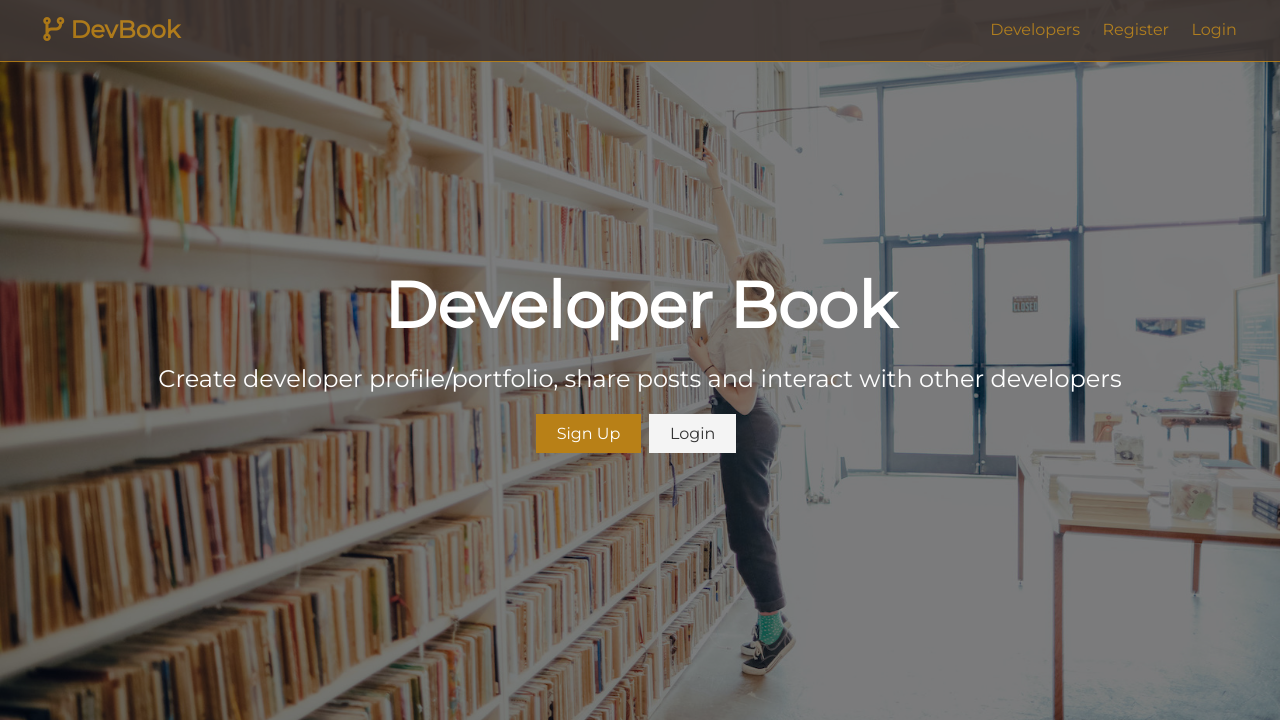
Repository: devnight0913/skechbook
Page: / (app in client/)
The author's editor kept a copy of each file at every save. The page is drawn from the files as they stood at one save, then again after the next save.
The browser window is 1280 px wide. The pictures show the whole page.
Some web libraries are served in a nearby version. The project was rebuilt for these pictures with package versions that can differ from the ones it lists, and the page was loaded fresh each time. Also part of the build but not shown: client/src/components/auth/Login.js, client/src/components/auth/Register.js, client/src/components/dashboard/DashboardActions.js, client/src/actions/profile.js, client/src/utils/formatDate.js, client/src/components/dashboard/Experience.js, client/src/components/dashboard/Education.js, client/src/components/dashboard/Dashboard.js and 21 more.

Above is the page before, as saved 2023-07-23 09:09:50.

### client/public/index.html
<!DOCTYPE html>
<html lang="en">
  <head>
    <meta charset="utf-8" />
    <link rel="icon" href="%PUBLIC_URL%/favicon.ico" />
    <meta name="viewport" content="width=device-width, initial-scale=1" />
    <meta name="theme-color" content="#000000" />
    <meta
      name="description"
      content="Web site created using create-react-app"
    />
    <link rel="apple-touch-icon" href="%PUBLIC_URL%/logo192.png" />

    <!-- Font Awesome Kit -->
    <script
      src="https://kit.fontawesome.com/9cd49f9282.js"
      crossorigin="anonymous"
    ></script>

    <link rel="manifest" href="%PUBLIC_URL%/manifest.json" />
    <title>Welcome to DevBook</title>
  </head>
  <body>
    <noscript>You need to enable JavaScript to run this app.</noscript>
    <div id="root"></div>
  </body>
</html>

### client/src/index.js
import { render } from 'react-dom';

import App from './App';

render(<App />, document.getElementById('root'));

### client/src/components/layout/Navbar.js
import { Link } from 'react-router-dom';
import { connect } from 'react-redux';
import PropTypes from 'prop-types';

import { logout } from '../../actions/auth';

const Navbar = ({ auth: { isAuthenticated, loading }, logout }) => {
  const authLinks = (
    <ul>
      <li>
        <Link to='/profiles'>Developers</Link>
      </li>

      <li>
        <Link to='/posts'>Posts</Link>
      </li>

      <li>
        <Link to='/dashboard'>
          <i className='fas fa-user'></i>{' '}
          <span className='hide-sm'>Dashboard</span>
        </Link>
      </li>

      <li>
        <a onClick={logout} href='#!'>
          <i className='fas fa-sign-out-alt'></i>{' '}
          <span className='hide-sm'>Logout</span>
        </a>
      </li>
    </ul>
  );

  const guestLinks = (
    <ul>
      <li>
        <Link to='/profiles'>Developers</Link>
      </li>

      <li>
        <Link to='/register'>Register</Link>
      </li>

      <li>
        <Link to='/login'>Login</Link>
      </li>
    </ul>
  );

  return (
    <nav className='navbar bg-dark'>
      <h1>
        <Link to='/'>
          <i className='fas fa-code-branch' /> DevBook
        </Link>
      </h1>

      {!loading && <>{isAuthenticated ? authLinks : guestLinks}</>}
    </nav>
  );
};

Navbar.propTypes = {
  logout: PropTypes.func.isRequired,
  auth: PropTypes.object.isRequired,
};

const mapStateToProps = (state) => ({ auth: state.auth });

export default connect(mapStateToProps, { logout })(Navbar);

### client/src/components/layout/Landing.js
import { Link, Navigate } from 'react-router-dom';
import { connect } from 'react-redux';
import PropTypes from 'prop-types';

const Landing = ({ isAuthenticated }) => {
  if (isAuthenticated) {
    return <Navigate to='/dashboard' />;
  }

  return (
    <section className='landing'>
      <div className='dark-overlay'>
        <div className='landing-inner'>
          <h1 className='x-large'>Developer Book</h1>

          <p className='lead'>
            Create developer profile/portfolio, share posts and interact with
            other developers
          </p>

          <div className='buttons'>
            <Link to='/register' className='btn btn-primary'>
              Sign Up
            </Link>

            <Link to='/login' className='btn'>
              Login
            </Link>
          </div>
        </div>
      </div>
    </section>
  );
};

Landing.propTypes = {
  isAuthenticated: PropTypes.bool,
};

const mapStateToProps = (state) => ({
  isAuthenticated: state.auth.isAuthenticated,
});

export default connect(mapStateToProps)(Landing);

### client/src/components/layout/Alert.js
import PropTypes from 'prop-types';
import { connect } from 'react-redux';

const Alert = ({ alerts }) => (
  <div className='alert-wrapper'>
    {alerts.map((alert) => (
      <div key={alert.id} className={`alert alert-${alert.alertType}`}>
        {alert.msg}
      </div>
    ))}
  </div>
);

Alert.propTypes = {
  alerts: PropTypes.array.isRequired,
};

const mapStateToProps = (state) => ({ alerts: state.alert });

export default connect(mapStateToProps)(Alert);

### client/src/store.js
import { createStore, applyMiddleware } from 'redux';
import { composeWithDevTools } from 'redux-devtools-extension';
import thunk from 'redux-thunk';

import rootReducer from './reducers';
import setAuthToken from './utils/setAuthToken';

const initialState = {};
const middleware = [thunk];

// TODO: default export store
export const store = createStore(
  rootReducer,
  initialState,
  composeWithDevTools(applyMiddleware(...middleware))
);

/*
  NOTE: set up a store subscription listener
  to store the users token in localStorage
 */

/*
  initialize current state from redux store for subscription comparison
  preventing undefined error
 */
let currentState = store.getState();

store.subscribe(() => {
  // keep track of the previous and current state to compare changes
  let previousState = currentState;
  currentState = store.getState();
  // if the token changes set the value in localStorage and axios headers
  if (previousState.auth.token !== currentState.auth.token) {
    const token = currentState.auth.token;
    setAuthToken(token);
  }
});

### client/src/actions/auth.js
import api from '../utils/api';
import { setAlert } from './alert';
import {
  REGISTER_SUCCESS,
  REGISTER_FAIL,
  USER_LOADED,
  AUTH_ERROR,
  LOGIN_SUCCESS,
  LOGIN_FAIL,
  LOGOUT,
} from './types';

// Load User
export const loadUser = () => async (dispatch) => {
  try {
    const res = await api.get('/auth');

    dispatch({
      type: USER_LOADED,
      payload: res.data,
    });
  } catch (err) {
    dispatch({ type: AUTH_ERROR });
  }
};

// Register User
export const register =
  ({ name, email, githubusername, password }) =>
  async (dispatch) => {
    const body = { name, email, githubusername, password };

    try {
      const res = await api.post('/users', body);

      dispatch({
        type: REGISTER_SUCCESS,
        payload: res.data,
      });

      dispatch(loadUser());
    } catch (err) {
      const errors = err.response.data.errors;
      if (errors) {
        errors.forEach((error) => dispatch(setAlert(error.msg, 'danger')));
      }

      dispatch({ type: REGISTER_FAIL });
    }
  };

// Login User
export const login = (email, password) => async (dispatch) => {
  const body = { email, password };

  try {
    const res = await api.post('/auth', body);

    dispatch({
      type: LOGIN_SUCCESS,
      payload: res.data,
    });

    dispatch(loadUser());
  } catch (err) {
    const errors = err.response.data.errors;
    if (errors) {
      errors.forEach((error) => dispatch(setAlert(error.msg, 'danger')));
    }

    dispatch({ type: LOGIN_FAIL });
  }
};

// Logout/Clear Profile
export const logout = () => (dispatch) => {
  dispatch({ type: LOGOUT });
};

### client/src/actions/types.js
export const SET_ALERT = 'SET_ALERT';
export const REMOVE_ALERT = 'REMOVE_ALERT';

export const REGISTER_SUCCESS = 'REGISTER_SUCCESS';
export const REGISTER_FAIL = 'REGISTER_FAIL'; // remove

export const USER_LOADED = 'USER_LOADED';
export const AUTH_ERROR = 'AUTH_ERROR';

export const LOGIN_SUCCESS = 'LOGIN_SUCCESS';
export const LOGIN_FAIL = 'LOGIN_FAIL'; // remove
export const LOGOUT = 'LOGOUT';

export const GET_PROFILE = 'GET_PROFILE';
export const GET_PROFILES = 'GET_PROFILES';
export const GET_REPOS = 'GET_REPOS';
export const NO_REPOS = 'NO_REPOS';
export const UPDATE_PROFILE = 'UPDATE_PROFILE';
export const CLEAR_PROFILE = 'CLEAR_PROFILE';
export const PROFILE_ERROR = 'PROFILE_ERROR';

export const ACCOUNT_DELETED = 'ACCOUNT_DELETED';

export const GET_POSTS = 'GET_POSTS';
export const GET_POST = 'GET_POST';
export const POST_ERROR = 'POST_ERROR';
export const UPDATE_LIKES = 'UPDATE_LIKES';
export const DELETE_POST = 'DELETE_POST';
export const ADD_POST = 'ADD_POST';

export const ADD_COMMENT = 'ADD_COMMENT';
export const REMOVE_COMMENT = 'REMOVE_COMMENT';

### client/src/App.css
@import url('https://fonts.googleapis.com/css?family=Montserrat|Raleway&display=swap');
.m-1 {
  margin: 1rem;
}

.my-1 {
  margin: 1rem 0;
}

.p-1 {
  padding: 1rem;
}

.py-1 {
  padding: 1rem 0;
}

.m-2 {
  margin: 2rem;
}

.my-2 {
  margin: 2rem 0;
}

.p-2 {
  padding: 2rem;
}

.py-2 {
  padding: 2rem 0;
}

.m-3 {
  margin: 3rem;
}

.my-3 {
  margin: 3rem 0;
}

.p-3 {
  padding: 3rem;
}

.py-3 {
  padding: 3rem 0;
}

.m-4 {
  margin: 4rem;
}

.my-4 {
  margin: 4rem 0;
}

.p-4 {
  padding: 4rem;
}

.py-4 {
  padding: 4rem 0;
}

.m-5 {
  margin: 5rem;
}

.my-5 {
  margin: 5rem 0;
}

.p-5 {
  padding: 5rem;
}

.py-5 {
  padding: 5rem 0;
}

.container {
  max-width: 1100px;
  margin: auto;
  overflow: hidden;
  padding: 0 2rem;
  margin-top: 6rem;
  margin-bottom: 3rem;
}

.x-large {
  font-size: 4rem;
  line-height: 1.2;
  margin-bottom: 1rem;
}

.large {
  font-size: 3rem;
  line-height: 1.2;
  margin-bottom: 1rem;
}

.lead {
  font-size: 1.5rem;
  margin-bottom: 1rem;
}

.text-primary {
  color: #b88017;
}

.round-img {
  border-radius: 50%;
}

.line {
  height: 1px;
  background: #ccc;
  margin: 1.5rem 0;
}

.bg-primary {
  background-color: #b88017;
  color: #fff;
}

.bg-light {
  background-color: #f4f4f4;
  color: #333;
  border: #ccc 1px solid;
}

.bg-dark {
  background-color: #403734;
  color: #fff;
}

.bg-success {
  background-color: #28a745;
  color: #fff;
}

.bg-danger {
  background-color: #dc3545;
  color: #fff;
}

.bg-white {
  background-color: #fff;
  color: #333;
  border: #ccc 1px solid;
}

.btn {
  display: inline-block;
  background: #f4f4f4;
  color: #333;
  padding: 0.4rem 1.3rem;
  border: none;
  cursor: pointer;
  font-size: 1rem;
  margin-right: 0.5rem;
  outline: none;
  -webkit-transition: all 0.2s ease-in;
  transition: all 0.2s ease-in;
}

.btn.btn-primary {
  background-color: #b88017;
  color: #fff;
}

.btn.btn-primary:hover {
  background: #cf901a;
}

.btn.btn-dark {
  background-color: #403734;
  color: #fff;
}

.btn.btn-dark:hover {
  background: #4e433f;
}

.btn.btn-success {
  background-color: #28a745;
  color: #fff;
}

.btn.btn-success:hover {
  background: #2dbc4e;
}

.btn.btn-danger {
  background-color: #dc3545;
  color: #fff;
}

.btn.btn-danger:hover {
  background: #e04b59;
}

.btn:hover {
  background: #786762;
  color: #fff;
}

.alert {
  padding: 0.8rem;
  margin: 1rem;
  opacity: 0.9;
  background: #f4f4f4;
  color: #333;
}

.alert.alert-primary {
  background-color: #b88017;
  color: #fff;
}

.alert.alert-dark {
  background-color: #403734;
  color: #fff;
}

.alert.alert-success {
  background-color: #28a745;
  color: #fff;
}

.alert.alert-danger {
  background-color: #dc3545;
  color: #fff;
}

.badge {
  font-size: 0.8rem;
  padding: 0.1rem;
  text-align: center;
  margin: 0.3rem;
  background: #f4f4f4;
  color: #333;
}

.badge.badge-primary {
  background-color: #b88017;
  color: #fff;
}

.badge.badge-dark {
  background-color: #403734;
  color: #fff;
}

.badge.badge-success {
  background-color: #28a745;
  color: #fff;
}

.badge.badge-danger {
  background-color: #dc3545;
  color: #fff;
}

.dark-overlay {
  height: 100%;
  width: 100%;
  position: absolute;
  top: 0;
  left: 0;
  background-color: rgba(0, 0, 0, 0.5);
}

.table th,
.table td {
  padding: 1rem;
  text-align: left;
}

.table th {
  background: #f4f4f4;
}

.form-group {
  margin: 1.2rem 0;
}

.form-text {
  display: block;
  margin-top: 0.3rem;
  color: #888;
}

.form input[type='text'],
.form input[type='email'],
.form input[type='password'],
.form input[type='date'],
.form select,
.form textarea {
  display: block;
  width: 100%;
  padding: 0.4rem;
  font-size: 1.2rem;
  border: 1px solid #ccc;
}

.form input[type='submit'] {
  font: inherit;
}

.form .social-input {
  display: -webkit-box;
  display: -ms-flexbox;
  display: flex;
}

.form .social-input i {
  padding: 0.5rem;
  width: 4rem;
}

.form .social-input i.fa-twitter {
  color: #55acee;
}

.form .social-input i.fa-facebook {
  color: #3b5999;
}

.form .social-input i.fa-youtube {
  color: #cd201f;
}

.form .social-input i.fa-reddit {
  color: #ff5700;
}

.form .social-input i.fa-linkedin {
  color: #0077b5;
}

.form .social-input i.fa-instagram {
  color: #e4405f;
}

* {
  -webkit-box-sizing: border-box;
  box-sizing: border-box;
  margin: 0;
  padding: 0;
}

body {
  font-family: 'Montserrat', 'Raleway', sans-serif;
  font-size: 1rem;
  line-height: 1.6;
  background-color: #fff;
  color: #333;
}

a {
  text-decoration: none;
  color: #b88017;
}

ul {
  list-style-type: none;
}

img {
  width: 100%;
}

.navbar {
  display: -webkit-box;
  display: -ms-flexbox;
  display: flex;
  -webkit-box-align: center;
  -ms-flex-align: center;
  align-items: center;
  -webkit-box-pack: justify;
  -ms-flex-pack: justify;
  justify-content: space-between;
  padding: 0.7rem 2rem;
  position: fixed;
  z-index: 1;
  width: 100%;
  top: 0;
  border-bottom: solid 1px #b88017;
  opacity: 0.9;
}

.navbar ul {
  display: -webkit-box;
  display: -ms-flexbox;
  display: flex;
}

.navbar a {
  color: #b88017;
  padding: 0.45rem;
  margin: 0 0.25rem;
}

.navbar a:hover {
  color: #fff;
}

.landing {
  position: relative;
  background: url('./img/showcase.jpg') no-repeat center center/cover;
  height: 100vh;
}

.landing-inner {
  color: #fff;
  height: 100%;
  display: -webkit-box;
  display: -ms-flexbox;
  display: flex;
  -webkit-box-orient: vertical;
  -webkit-box-direction: normal;
  -ms-flex-direction: column;
  flex-direction: column;
  width: 80%;
  margin: auto;
  -webkit-box-align: center;
  -ms-flex-align: center;
  align-items: center;
  -webkit-box-pack: center;
  -ms-flex-pack: center;
  justify-content: center;
  text-align: center;
}

.profile {
  display: -ms-grid;
  display: grid;
  -ms-grid-columns: 2fr 4fr 2fr;
  grid-template-columns: 2fr 4fr 2fr;
  grid-gap: 2rem;
  -webkit-box-align: center;
  -ms-flex-align: center;
  align-items: center;
  padding: 1rem;
  line-height: 1.8;
  margin-bottom: 1rem;
}

.profile-grid {
  display: -ms-grid;
  display: grid;
  grid-template-areas: 'top top' 'about about' 'exp edu' 'github github';
  grid-gap: 1rem;
}

.profile-grid .profile-top {
  -ms-grid-row: 1;
  -ms-grid-column: 1;
  -ms-grid-column-span: 2;
  grid-area: top;
  display: -webkit-box;
  display: -ms-flexbox;
  display: flex;
  -webkit-box-orient: vertical;
  -webkit-box-direction: normal;
  -ms-flex-direction: column;
  flex-direction: column;
  -webkit-box-align: center;
  -ms-flex-align: center;
  align-items: center;
  -webkit-box-pack: center;
  -ms-flex-pack: center;
  justify-content: center;
  text-align: center;
}

.profile-grid .profile-top img {
  width: 250px;
}

.profile-grid .profile-top .icons a {
  color: #fff;
  margin: 0 0.3rem;
}

.profile-grid .profile-top .icons a:hover {
  color: #403734;
}

.profile-grid .profile-about {
  -ms-grid-row: 2;
  -ms-grid-column: 1;
  -ms-grid-column-span: 2;
  grid-area: about;
  text-align: center;
}

.profile-grid .profile-about .skills {
  display: -webkit-box;
  display: -ms-flexbox;
  display: flex;
  -webkit-box-pack: center;
  -ms-flex-pack: center;
  justify-content: center;
  -webkit-box-align: center;
  -ms-flex-align: center;
  align-items: center;
  text-align: center;
}

.profile-grid .profile-exp {
  -ms-grid-row: 3;
  -ms-grid-column: 1;
  grid-area: exp;
}

.profile-grid .profile-edu {
  -ms-grid-row: 3;
  -ms-grid-column: 2;
  grid-area: edu;
}

.profile-grid .profile-exp > div,
.profile-grid .profile-edu > div {
  margin-bottom: 1rem;
  padding-bottom: 1rem;
  border-bottom: #ccc 1px dotted;
}

.profile-grid .profile-exp > div:last-child,
.profile-grid .profile-edu > div:last-child {
  border: none;
}

.profile-grid .profile-exp p,
.profile-grid .profile-edu p {
  margin: 0.5rem 0;
}

.profile-grid .profile-github {
  -ms-grid-row: 4;
  -ms-grid-column: 1;
  -ms-grid-column-span: 2;
  grid-area: github;
}

.profile-grid .profile-github .repo {
  display: -webkit-box;
  display: -ms-flexbox;
  display: flex;
}

.profile-grid .profile-github .repo > div:first-child {
  -webkit-box-flex: 7;
  -ms-flex: 7;
  flex: 7;
  -ms-flex-preferred-size: 70%;
  flex-basis: 70%;
}

.profile-grid .profile-github .repo > div:last-child {
  -webkit-box-flex: 3;
  -ms-flex: 3;
  flex: 3;
  -ms-flex-preferred-size: 20%;
  flex-basis: 20%;
}

.post-form-header {
  padding: 0.5rem;
}

.post {
  display: -ms-grid;
  display: grid;
  -ms-grid-columns: 1fr 4fr;
  grid-template-columns: 1fr 4fr;
  grid-gap: 2rem;
  -webkit-box-align: center;
  -ms-flex-align: center;
  align-items: center;
}

.post > div:first-child {
  text-align: center;
}

.post img {
  width: 150px;
}

.post .comment-count {
  background: var(--light-color);
  color: var(--primary-color);
  padding: 0.1rem 0.2rem;
  border-radius: 5px;
  font-size: 0.8rem;
}

.post .post-date {
  color: #aaa;
  font-size: 0.8rem;
  margin-bottom: 0.5rem;
}

@media (max-width: 700px) {
  .hide-sm {
    display: none;
  }
  .container {
    margin-top: 8rem;
  }
  .x-large {
    font-size: 3rem;
  }
  .large {
    font-size: 2rem;
  }
  .lead {
    font-size: 1rem;
  }
  .navbar {
    display: block;
    text-align: center;
  }
  .navbar ul {
    text-align: center;
    -webkit-box-pack: center;
    -ms-flex-pack: center;
    justify-content: center;
  }
  .navbar h1 {
    margin-bottom: 1rem;
  }
  .dash-buttons a {
    display: block;
    width: 100%;
    margin-bottom: 0.2rem;
  }
  .profile {
    -ms-grid-columns: 1fr;
    grid-template-columns: 1fr;
    text-align: center;
  }
  .profile ul {
    display: none;
  }
  .profile-grid {
    grid-template-areas: 'top' 'about' 'exp' 'edu' 'github';
  }
  .profile-about .skills {
    -webkit-box-orient: vertical;
    -webkit-box-direction: normal;
    -ms-flex-direction: column;
    flex-direction: column;
  }
  .post {
    -ms-grid-columns: 1fr;
    grid-template-columns: 1fr;
  }
  .post a,
  .post button {
    padding: 0.3rem 0.4rem;
  }
}

.alert-wrapper {
  position: fixed;
  top: 4rem;
  right: 2rem;
  display: inline-block;
}

### client/src/actions/alert.js
import { v4 as uuidv4 } from 'uuid';

import { SET_ALERT, REMOVE_ALERT } from './types';

export const setAlert =
  (msg, alertType, timeout = 5000) =>
  (dispatch) => {
    const id = uuidv4();

    dispatch({
      type: SET_ALERT,
      payload: { msg, alertType, id },
    });

    setTimeout(
      () =>
        dispatch({
          type: REMOVE_ALERT,
          payload: id,
        }),
      timeout
    );
  };

### client/src/reducers/index.js
import { combineReducers } from 'redux';

import alertReducer from './alert';
import authReducer from './auth';
import profileReducer from './profile';
import postReducer from './post';

export default combineReducers({
  alert: alertReducer,
  auth: authReducer,
  profile: profileReducer,
  post: postReducer,
});

### client/src/reducers/alert.js
import { SET_ALERT, REMOVE_ALERT } from '../actions/types';

const initialState = [];

const alertReducer = (state = initialState, action) => {
  const { type, payload } = action;

  switch (type) {
    case SET_ALERT:
      return [...state, payload];
    case REMOVE_ALERT:
      return state.filter((alert) => alert.id !== payload);
    default:
      return state;
  }
};

export default alertReducer;

### client/src/reducers/auth.js
import {
  REGISTER_SUCCESS,
  USER_LOADED,
  AUTH_ERROR,
  LOGIN_SUCCESS,
  LOGOUT,
  ACCOUNT_DELETED,
} from '../actions/types';

const initialState = {
  token: localStorage.getItem('token'),
  isAuthenticated: null,
  loading: true,
  user: null,
};

const authReducer = (state = initialState, action) => {
  const { type, payload } = action;

  switch (type) {
    case USER_LOADED:
      return {
        ...state,
        isAuthenticated: true,
        loading: false,
        user: payload,
      };
    case REGISTER_SUCCESS:
    case LOGIN_SUCCESS:
      return {
        ...state,
        ...payload,
        isAuthenticated: true,
        loading: false,
      };
    case AUTH_ERROR:
    case LOGOUT:
    case ACCOUNT_DELETED:
      return {
        ...state,
        token: null,
        isAuthenticated: false,
        loading: false,
        user: null,
      };
    default:
      return state;
  }
};

export default authReducer;

### client/src/reducers/profile.js
import {
  GET_PROFILE,
  PROFILE_ERROR,
  CLEAR_PROFILE,
  UPDATE_PROFILE,
  GET_PROFILES,
  GET_REPOS,
  NO_REPOS,
} from '../actions/types';

const initialState = {
  profile: null,
  profiles: [],
  repos: [],
  loading: true,
  error: {},
};

const profileReducer = (state = initialState, action) => {
  const { type, payload } = action;

  switch (type) {
    case GET_PROFILE:
    case UPDATE_PROFILE:
      return {
        ...state,
        profile: payload,
        loading: false,
      };
    case GET_PROFILES:
      return {
        ...state,
        profiles: payload,
        loading: false,
      };
    case PROFILE_ERROR:
      return {
        ...state,
        error: payload,
        loading: false,
        profile: null,
      };
    case CLEAR_PROFILE:
      return {
        ...state,
        profile: null,
        repos: [],
      };
    case GET_REPOS:
      return {
        ...state,
        repos: payload,
        loading: false,
      };
    case NO_REPOS:
      return {
        ...state,
        repos: [],
      };

    default:
      return state;
  }
};

export default profileReducer;

### client/src/reducers/post.js
import {
  GET_POSTS,
  POST_ERROR,
  UPDATE_LIKES,
  DELETE_POST,
  ADD_POST,
  GET_POST,
  ADD_COMMENT,
  REMOVE_COMMENT,
} from '../actions/types';

const initialState = {
  posts: [],
  post: null,
  loading: true,
  error: {},
};

const postReducer = (state = initialState, action) => {
  const { type, payload } = action;

  switch (type) {
    case GET_POSTS:
      return {
        ...state,
        posts: payload,
        loading: false,
      };
    case GET_POST:
      return {
        ...state,
        post: payload,
        loading: false,
      };
    case ADD_POST:
      return {
        ...state,
        posts: [payload, ...state.posts],
        loading: false,
      };
    case DELETE_POST:
      return {
        ...state,
        posts: state.posts.filter((post) => post._id !== payload),
        loading: false,
      };
    case POST_ERROR:
      return {
        ...state,
        error: payload,
        loading: false,
      };
    case UPDATE_LIKES:
      return {
        ...state,
        posts: state.posts.map((post) =>
          post._id === payload.id ? { ...post, likes: payload.likes } : post
        ),
        loading: false,
      };
    case ADD_COMMENT:
      return {
        ...state,
        post: { ...state.post, comments: payload },
        loading: false,
      };
    case REMOVE_COMMENT:
      return {
        ...state,
        post: {
          ...state.post,
          comments: state.post.comments.filter(
            (comment) => comment._id !== payload
          ),
        },
        loading: false,
      };
    default:
      return state;
  }
};

export default postReducer;

Loaded but not shown: client/src/utils/setAuthToken.js (common file); client/src/App.js (88 lines, source omitted); client/src/utils/api.js (no copy from this time; the picture is the same without it)

After the next save:
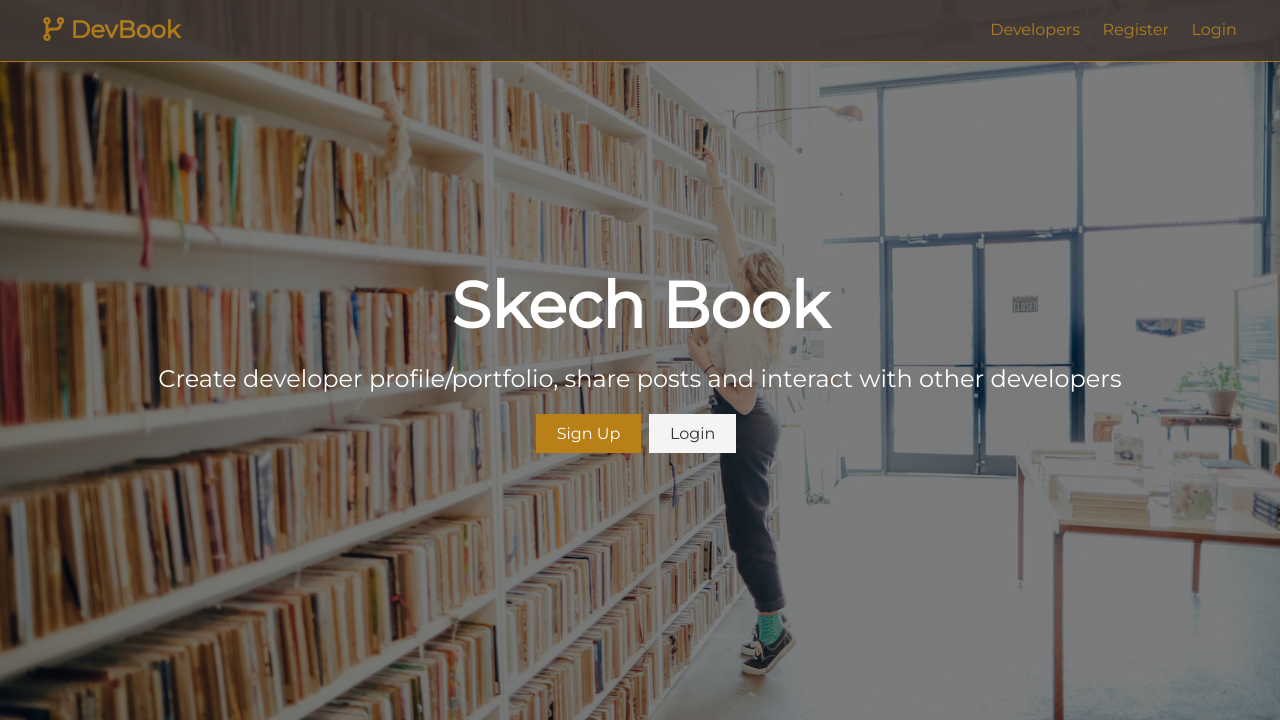
Saved 112 min 34 s later.
--- a/client/src/components/layout/Landing.js
+++ b/client/src/components/layout/Landing.js
@@ -11,7 +11,7 @@ const Landing = ({ isAuthenticated }) => {
     <section className='landing'>
       <div className='dark-overlay'>
         <div className='landing-inner'>
-          <h1 className='x-large'>Developer Book</h1>
+          <h1 className='x-large'>Skech Book</h1>
 
           <p className='lead'>
             Create developer profile/portfolio, share posts and interact with
